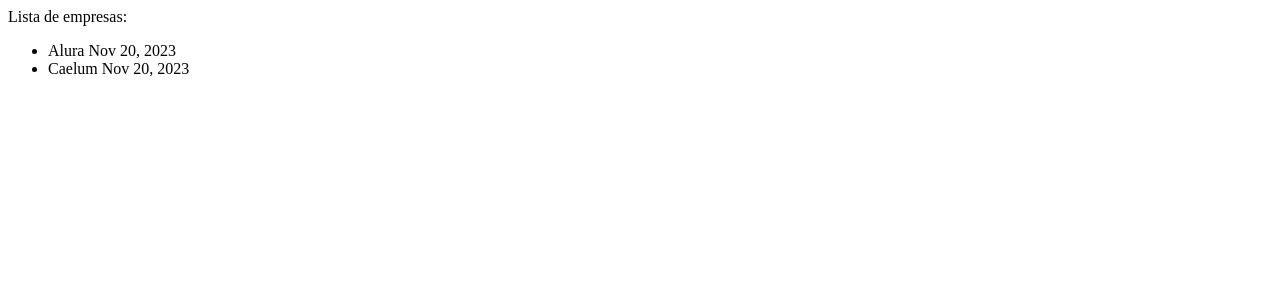
Repository: koyama8/Java_Web
Page: http://localhost/gerenciador/listaEmpresas
An editor plug-in stored every save of this project. The page is shown before and after the next save, followed by the edit.
The browser window is 1280 px wide. The pictures show the whole page.
The page is served by Tomcat 9.

Above is the page before, as saved 2023-11-22 10:11:07.

After the next save:
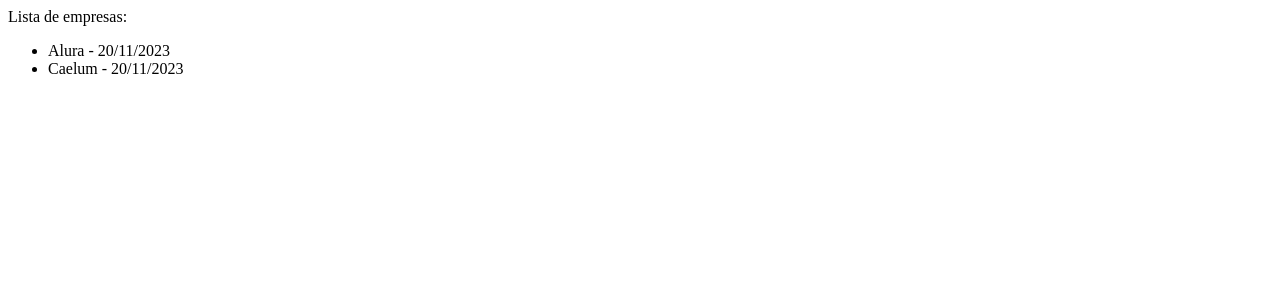
Saved 61 s later.
--- a/gerenciador/WebContent/listaEmpresas.jsp
+++ b/gerenciador/WebContent/listaEmpresas.jsp
@@ -20,7 +20,7 @@
 
            <c:forEach items="${empresas}" var="empresa">
 
-                 <li>${empresa.nome} <fmt:formatDate value="${empresa.dataAbertura}"/> </li>
+                 <li>${empresa.nome} -  <fmt:formatDate value="${empresa.dataAbertura}" pattern="dd/MM/yyyy"/> </li>
            </c:forEach>
     </ul>
 
